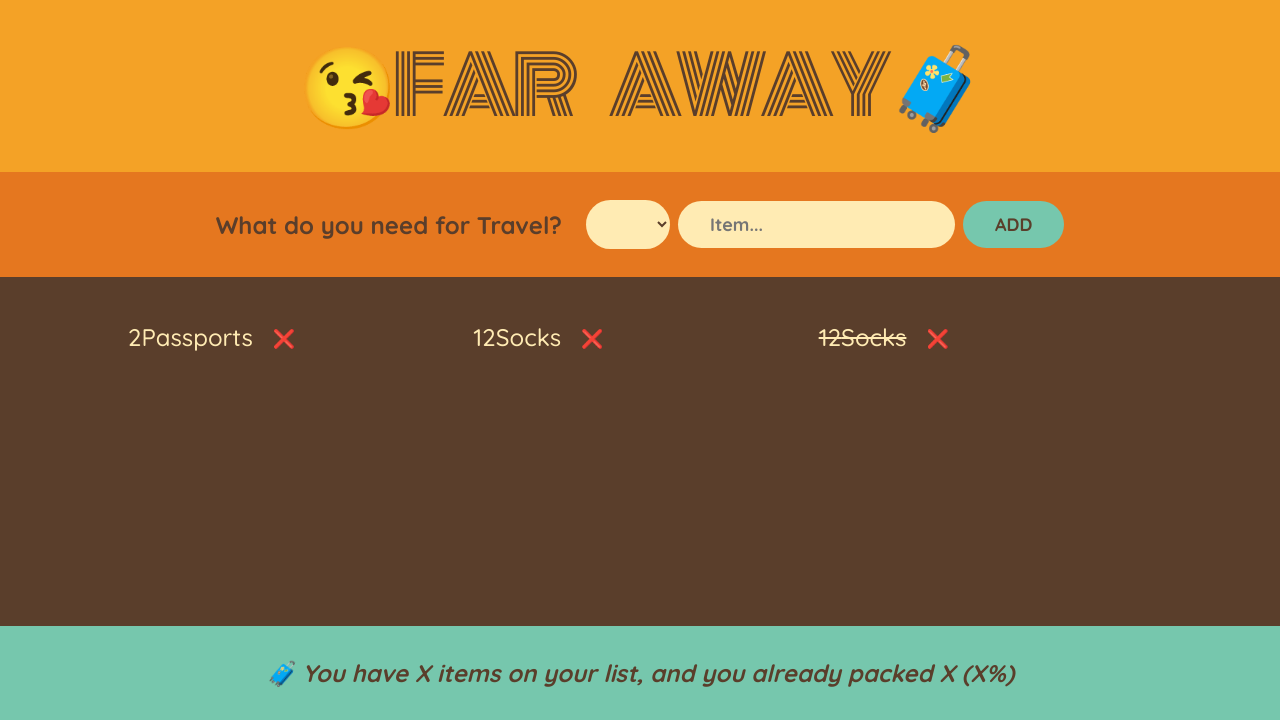
Repository: masamichan/Travel-list
Page: /
These files come from the project's save history. The page is drawn as it stood at one moment and after the next save; the edit follows.
The browser window is 1280 px wide. The pictures show the whole page.
The project was rebuilt for these pictures with package versions that can differ from the ones it lists, and the page was loaded fresh each time.

Above is the page before, as saved 2024-01-02 08:42:28.

### src/App.js
const initialItems = [
  { id: 1, description: "Passports", quantity: 2, packed: false },
  { id: 2, description: "Socks", quantity: 12, packed: false },
  { id: 2, description: "Socks", quantity: 12, packed: true },
];

export default function App() {
  return (
    <div className="app">
      <Logo />
      <Form />
      <PackingList />
      <Stats />
    </div>
  );
}

function Logo() {
  return <h1>😘Far Away🧳</h1>;
}

function Form() {
  return (
    <form className="add-form">
      <h3>What do you need for Travel?</h3>
      <select>{Array.from({ length: 20 }, (_, i) => i + 1)}</select>
      <input type="text" placeholder="Item..." />
      <button>Add</button>
    </form>
  );
}

function PackingList() {
  return (
    <div className="list">
      <ul>
        {initialItems.map((item) => (
          <Item item={item} />
        ))}
      </ul>
    </div>
  );
}

function Item({ item }) {
  return (
    <li>
      <span style={item.packed ? { textDecoration: "line-through" } : {}}>
        {item.quantity}
        {item.description}
      </span>
      <button>❌</button>
    </li>
  );
}

function Stats() {
  return (
    <footer className="stats">
      <em>🧳 You have X items on your list, and you already packed X (X%)</em>
    </footer>
  );
}

Loaded but not shown: public/index.html (common file); src/index.js (common file); src/index.css (common file)

After the next save:
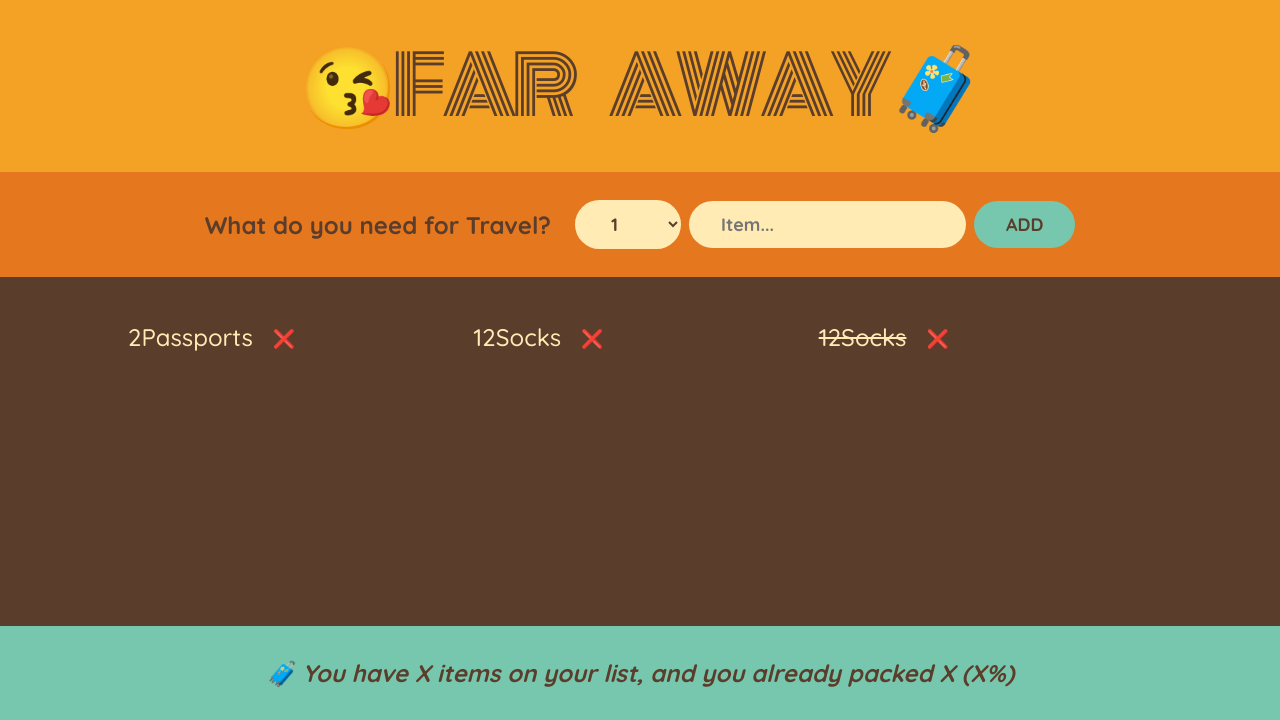
Saved 4 min 35 s later.
--- a/src/App.js
+++ b/src/App.js
@@ -23,7 +23,13 @@
   return (
     <form className="add-form">
       <h3>What do you need for Travel?</h3>
-      <select>{Array.from({ length: 20 }, (_, i) => i + 1)}</select>
+      <select>
+        {Array.from({ length: 20 }, (_, i) => i + 1).map((num) => (
+          <option value={num} key={num}>
+            {num}
+          </option>
+        ))}
+      </select>
       <input type="text" placeholder="Item..." />
       <button>Add</button>
     </form>
